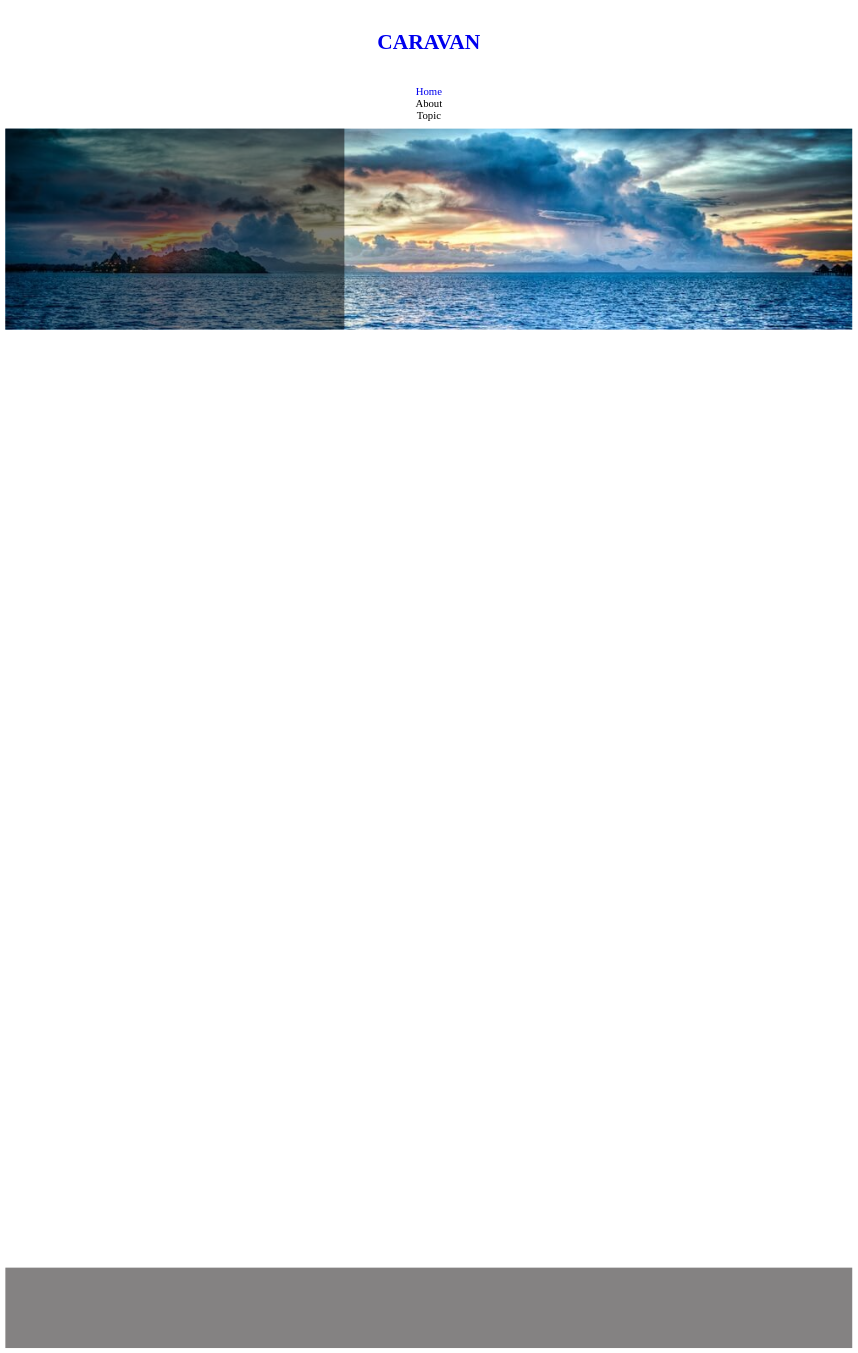
Repository: t-sato-infratop/environment
Page: caravan/index.html
The author's editor kept a record of every edit. The page is drawn from the files as they stood at one moment, then again after the next edit.
The browser window is 1280 px wide. The pictures show the whole page, at 67% of full size.

Above is the page before.

### caravan/index.html
<!DOCTYPE html>
<html lang="ja">
  <head>
    <meta charset="UTF-8" />
    <link rel="stylesheet" href="style.css" />
    <title>CARAVAN</title>
  </head>

  <body>
    <header>
      <h1 class="heading">
        <a href="index.html">
          CARAVAN
        </a>
      </h1>
    </header>

    <nav>
      <ul class="nav-list">
        <li class="nav-list-item">
          <a href="index.html">Home</a>
        </li>
        <li>About</li>
        <li>Topic</li>
      </ul>
    </nav>

    <div class="main-visual">
      <div class="main-visual-content"></div>
    </div>
    <div class="main">
      <div class="blog"></div>
      <div class="sidebar"></div>
    </div>
    <footer></footer>
  </body>
</html>

### caravan/style.css

a {
  text-decoration: none;
}

header {
  width: 90%;
  padding: 15px 0;
  margin: 0 auto;
  text-align: center;
}

header .header {
  font-size: 32px;
}

.nav-list {
  text-align: center;
  padding: 10px 0;
  margin: 0 auto;
}

.nav-list-item {
  list-style: none;
  display: inline-block;
  margin: 0 20px;
}

.main-visual {
  width: 100%;
  height: 300px;
  background-image: url(../img/mv.jpg);
  background-size: cover;
  background-position: center;
}

.main-visual-content {
  height: 300px;
  width: 40%;
  background-color: rgb(0,0,0,0.5);
}

.main-visual-text {
  text-align: center
}

.main {
  width: 840px;
  display: flex;
  justify-content: center;
  margin: 0 auto;
}

.blog {
  width: 800px;
  height: 1400px;
}

.sidebar {
  width: 240px;
  height: 1400px;
}

footer {
  width: 100%;
  height: 120px;
  text-align: center;
  line-height: 120px;
  background-color: #848282;
}

.footer-text {
  color: #fff
}

After the next edit:
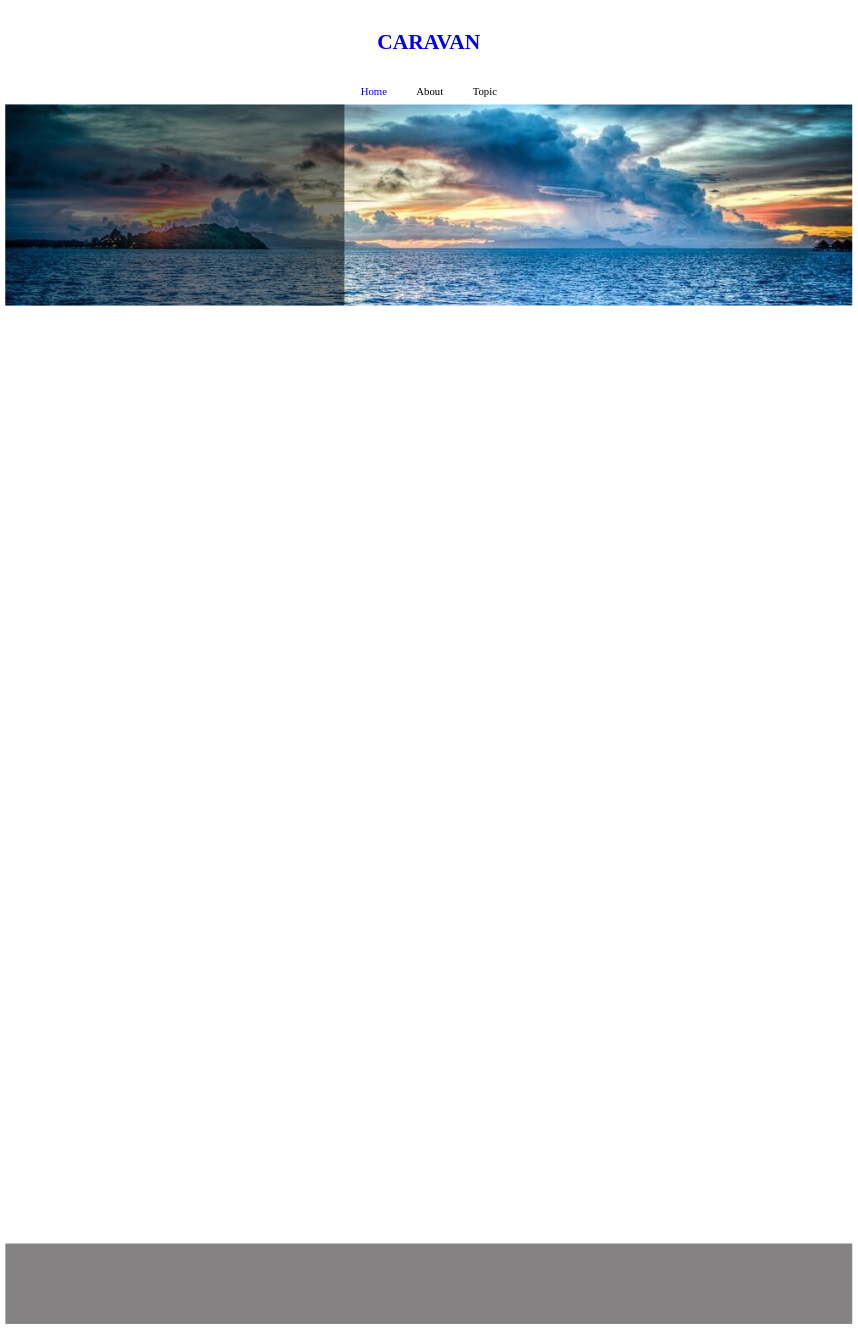
The edit:
--- a/caravan/index.html
+++ b/caravan/index.html
@@ -20,8 +20,8 @@
         <li class="nav-list-item">
           <a href="index.html">Home</a>
         </li>
-        <li>About</li>
-        <li>Topic</li>
+        <li class="nav-list-item">About</li>
+        <li class="nav-list-item">Topic</li>
       </ul>
     </nav>
 
